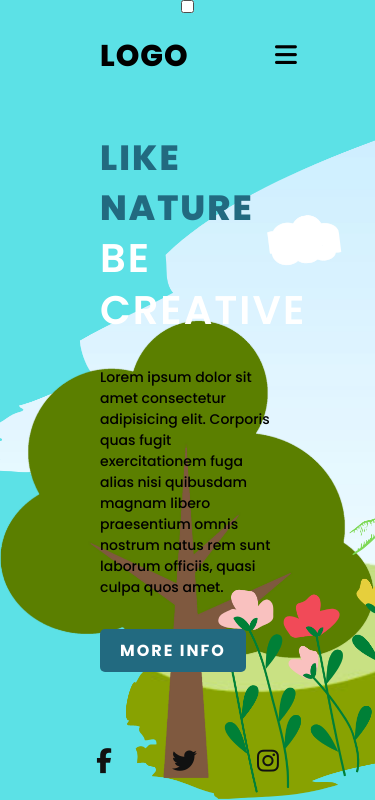
Repository: nganha241/CreativeNature
Page: index.html
An editor plug-in stored every save of this project. The page is shown before and after the next save, followed by the edit.
The browser window is 375 px wide. The pictures show the whole page.
Some web libraries are served in a nearby version.

Above is the page before, as saved 2022-06-18 09:28:48.

After the next save:
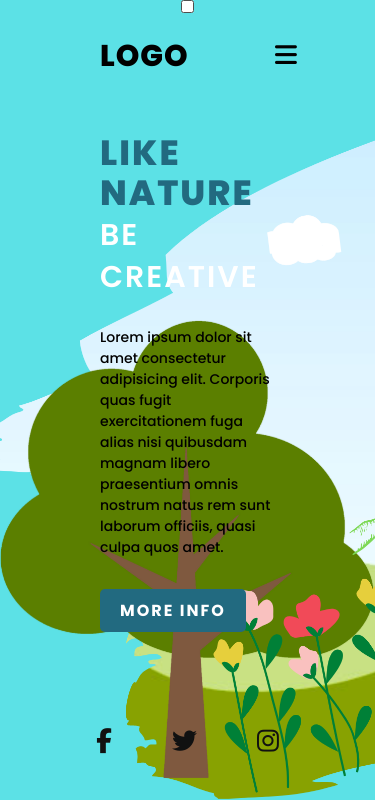
Saved 24 s later.
--- a/style.css
+++ b/style.css
@@ -214,11 +214,11 @@ label {
 @media (max-width: 560px) {
     .content .info h2 {
         font-size: 35px;
-        line-height: 50px;
+        line-height: 40px;
     }
 
     .content .info h2 span {
-        font-size: 40px;
+        font-size: 30px;
         font-weight: 600;
     }
 
